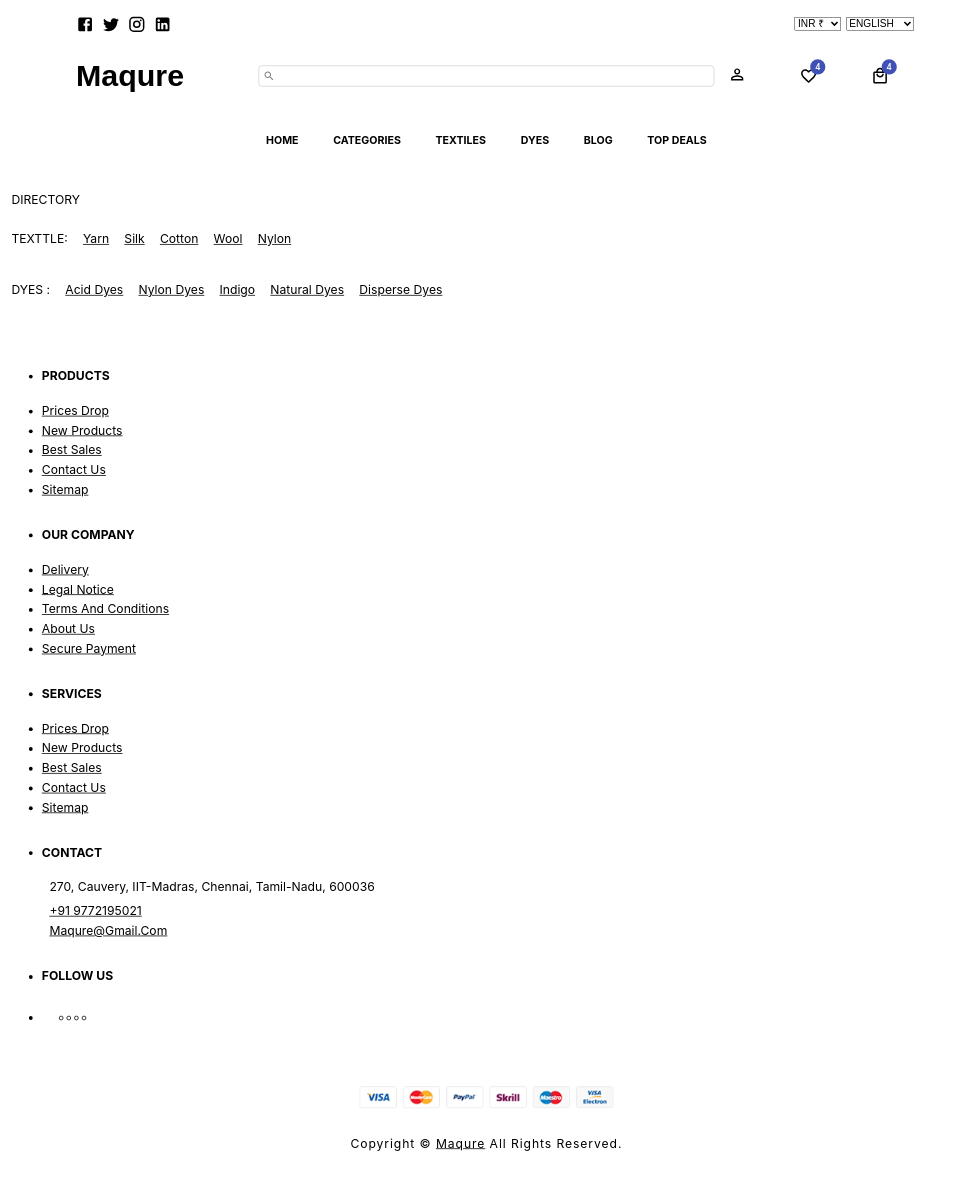
Repository: harshitsingh85420/Maqure
Page: /
These files come from the project's save history. The page is drawn as it stood at one moment and after the next save; the edit follows.
The browser window is 1280 px wide. The pictures show the whole page, at 76% of full size.
The project was rebuilt for these pictures with package versions that can differ from the ones it lists, and the page was loaded fresh each time.

Above is the page before, as saved 2022-05-26 02:38:23.

### src/pages/Home.jsx
import React from 'react'
import Footer from '../components/Footer'
import Header from '../components/Header'
import Header2 from '../components/Header2'
import Navbar from '../components/Navbar'

const Home = () => {
  return (
    <div>
        <Header/>
        <Header2/>
        <Navbar />
        <Footer/>
    </div>
    )
}

export default Home

### src/components/Footer.jsx
import React from 'react'
import './CSS/Footer.css';

function Footer() {
  return (
    <>
<div className="footer">
<div className="footer-category">

<div className="container">

  <h2 className="footer-category-title">Directory</h2>

  <div className="footer-category-box">

    <h3 className="category-box-title">Texttle:</h3>

    <a href="#" className="footer-category-link">Yarn</a>
    <a href="#" className="footer-category-link">Silk</a>
    <a href="#" className="footer-category-link">Cotton</a>
    <a href="#" className="footer-category-link">Wool</a>
    <a href="#" className="footer-category-link">Nylon</a>
  </div>

  <div className="footer-category-box">
    <h3 className="category-box-title">Dyes :</h3>

    <a href="#" className="footer-category-link">Acid Dyes</a>
    <a href="#" className="footer-category-link">Nylon Dyes</a>
    <a href="#" className="footer-category-link">Indigo</a>
    <a href="#" className="footer-category-link">Natural Dyes</a>
    <a href="#" className="footer-category-link">Disperse Dyes</a>
    <a href="#" className="footer-category-link"></a>
  </div>


</div>

</div>

<div className="footer-nav">

<div className="container">


  <ul className="footer-nav-list">

    <li className="footer-nav-item">
      <h2 className="nav-title">Products</h2>
    </li>

    <li className="footer-nav-item">
      <a href="#" className="footer-nav-link">Prices drop</a>
    </li>

    <li className="footer-nav-item">
      <a href="#" className="footer-nav-link">New products</a>
    </li>

    <li className="footer-nav-item">
      <a href="#" className="footer-nav-link">Best sales</a>
    </li>

    <li className="footer-nav-item">
      <a href="#" className="footer-nav-link">Contact us</a>
    </li>

    <li className="footer-nav-item">
      <a href="#" className="footer-nav-link">Sitemap</a>
    </li>

  </ul>

  <ul className="footer-nav-list">

    <li className="footer-nav-item">
      <h2 className="nav-title">Our Company</h2>
    </li>

    <li className="footer-nav-item">
      <a href="#" className="footer-nav-link">Delivery</a>
    </li>

    <li className="footer-nav-item">
      <a href="#" className="footer-nav-link">Legal Notice</a>
    </li>

    <li className="footer-nav-item">
      <a href="#" className="footer-nav-link">Terms and conditions</a>
    </li>

    <li className="footer-nav-item">
      <a href="#" className="footer-nav-link">About us</a>
    </li>

    <li className="footer-nav-item">
      <a href="#" className="footer-nav-link">Secure payment</a>
    </li>

  </ul>

  <ul className="footer-nav-list">

    <li className="footer-nav-item">
      <h2 className="nav-title">Services</h2>
    </li>

    <li className="footer-nav-item">
      <a href="#" className="footer-nav-link">Prices drop</a>
    </li>

    <li className="footer-nav-item">
      <a href="#" className="footer-nav-link">New products</a>
    </li>

    <li className="footer-nav-item">
      <a href="#" className="footer-nav-link">Best sales</a>
    </li>

    <li className="footer-nav-item">
      <a href="#" className="footer-nav-link">Contact us</a>
    </li>

    <li className="footer-nav-item">
      <a href="#" className="footer-nav-link">Sitemap</a>
    </li>

  </ul>

  <ul className="footer-nav-list">

    <li className="footer-nav-item">
      <h2 className="nav-title">Contact</h2>
    </li>

    <li className="footer-nav-item flex">
      <div className="icon-box">
        <ion-icon name="location-outline"></ion-icon>
      </div>

      <address className="content">
        270, Cauvery, IIT-Madras,
        Chennai, Tamil-Nadu,
        600036

      </address>
    </li>

    <li className="footer-nav-item flex">
      <div className="icon-box">
        <ion-icon name="call-outline"></ion-icon>
      </div>

      <a href="tel:+607936-8058" className="footer-nav-link">+91 9772195021</a>
    </li>

    <li className="footer-nav-item flex">
      <div className="icon-box">
        <ion-icon name="mail-outline"></ion-icon>
      </div>

      <a href="mailto:example@gmail.com" className="footer-nav-link">maqure@gmail.com</a>
    </li>

  </ul>

  <ul className="footer-nav-list">

    <li className="footer-nav-item">
      <h2 className="nav-title">Follow Us</h2>
    </li>

    <li>
      <ul className="social-link">

        <li className="footer-nav-item">
          <a href="#" className="footer-nav-link">
            <ion-icon name="logo-facebook"></ion-icon>
          </a>
        </li>

        <li className="footer-nav-item">
          <a href="#" className="footer-nav-link">
            <ion-icon name="logo-twitter"></ion-icon>
          </a>
        </li>

        <li className="footer-nav-item">
          <a href="#" className="footer-nav-link">
            <ion-icon name="logo-linkedin"></ion-icon>
          </a>
        </li>

        <li className="footer-nav-item">
          <a href="#" className="footer-nav-link">
            <ion-icon name="logo-instagram"></ion-icon>
          </a>
        </li>

      </ul>
    </li>

  </ul>

</div>

</div>

<div className="footer-bottom">

<div className="container">

  <img src="./assets/images/payment.png" alt="payment method" className="payment-img"/>

  <p className="copyright">
    Copyright &copy; <a href="#">Maqure</a> all rights reserved.
  </p>

</div>

</div>
</div>
    </>
  )
}

export default Footer

### src/components/Header.jsx
import React from 'react'
import styled from 'styled-components'
import { Twitter, Instagram, LinkedIn, Facebook } from '@material-ui/icons';

const Container = styled.div`

`;
const Wrapper = styled.div`
    padding: 20px 100px;
    display: flex;
    justify-content: space-between;
`;
const Left = styled.div`
    flex: 1;
    display: flex;
    align-items: center;
`;
const MenuItem = styled.div`
font-size: 14px;
cursor: pointer;
margin-right: 10px;
`;

const Center = styled.div`
    flex: 2;
`;
const Right = styled.div`
    flex: 1;
    display: flex;
  align-items: center;
  justify-content: flex-end;
`;
const Money = styled.div`
    width: 25%;
    height: 100%;
    align-items: center;
`;
const Language = styled.div`
   width: 25%;
   height: 100%;
   align-items: center;
`;

const Header = () => {

  return (
    <Container>
    <Wrapper>
        <Left>
        <MenuItem>
          <Facebook/>
        </MenuItem>
        <MenuItem>
          <Twitter />
        </MenuItem>
        <MenuItem>
          <Instagram />
        </MenuItem>
        <MenuItem>
          <LinkedIn />
        </MenuItem>
        </Left>
        <Center>
        </Center>
        <Right>
        <Money>
          <select>
          <option>INR ₹</option>
          <option>USD $</option>
          </select>
          </Money>
          <Language>
          <select><option>ENGLISH</option>
          <option>ESPAÑOL</option>
          <option>FRANÇAIS</option>
          </select>
          </Language>
        </Right>
    </Wrapper>
    </Container>
  )
}

export default Header

### src/components/Header2.jsx
import { Search, FavoriteBorderOutlined, PersonOutlineOutlined, LocalMallOutlined  } from '@material-ui/icons';
import { Badge } from "@material-ui/core";
import React from 'react';
import styled from 'styled-components';


const Container = styled.div`
height: 60px;
`;
const Wrapper = styled.div`
  padding: 10px 40px;
  display: flex;
  align-items: center;
  justify-content: space-between;
`;
const Left = styled.div`
  flex: 1;
  display: flex;
  align-items: center;
`;
const Logo = styled.div`
font-weight: bold;
font-size: 40px;
font-family: "Poppins", sans-serif;
display: flex;
cursor: pointer;
margin-left: 60px;
`;
const Center = styled.div`
  flex: 2;
  display: flex;
`;
const SearchContainer = styled.div`
  border: 0.5px solid lightgray;
  display: flex;
  align-items: center;
  padding: 5px;
  width: 100%;
  border-radius: 5px;
  &:hover{
    border-color: black;
  }
`;
const Input = styled.div`
  border: none;
`;
const Right = styled.div`
  flex: 1;
  display: flex;
  align-items: center;
  justify-content: flex-end;
`;
const MenuItem = styled.div`
font-size: 14px;
cursor: pointer;
margin-right: 70px;
height: 100%;
`;

const Header2 = () => {
  return (
    <Container>
    <Wrapper>
        <Left><Logo>Maqure</Logo></Left>
        <Center>
          <SearchContainer>
          <Input placeholder="Search..." />
          <Search style={{ color: "gray", fontSize: 16 }}/>
          </SearchContainer>
        </Center>
        <Right>
          <MenuItem>
            <PersonOutlineOutlined />
          </MenuItem>
          <MenuItem>
            <Badge badgeContent={4} color="primary">
            <FavoriteBorderOutlined />
            </Badge>
          </MenuItem>
          <MenuItem>
            <Badge badgeContent={4} color="primary">
            <LocalMallOutlined/>
            </Badge>
          </MenuItem>
        </Right>
    </Wrapper>
    </Container>
  )
}

export default Header2

### src/components/Navbar.jsx
import React from 'react'
import styled from 'styled-components'

const Container = styled.div`
`;
const Wrapper = styled.div`
  padding: 30px 40px;
  display: flex;
  align-items: center;
  justify-content: space-between;
  margin-left: 300px;
  margin-right: 300px;
  list-style: none;
display: flex;
a {
  padding: 18px 10px;
  color: black;
  &:hover {
      color: red;
  }
  font-size: 14px;
  font-weight: bold;
  text-decoration: none;
}
`;

const Navbar = () => {
  return (
    <Container>
        <Wrapper>
      <a href="google.com">HOME</a>
      <a href="google.com">CATEGORIES</a>
      <a href="google.com">TEXTILES</a>
      <a href="google.com">DYES</a>
      <a href="google.com">BLOG</a>
      <a href="google.com">TOP DEALS</a>
        </Wrapper>
    </Container>
  )
}

export default Navbar

### src/components/CSS/Footer.css

.container { padding: 0 15px; }

/*-----------------------------------*\
  #FOOTER
\*-----------------------------------*/

footer {
    background: var(--eerie-black);
    padding: 30px 0;
  }

  .footer-category {
    margin-bottom: 30px;
    padding-bottom: 15px;
    border-bottom: 1px solid var(--onyx);
  }

  .footer-category-title {
    color: var(--salmon-pink);
    font-size: var(--fs-6);
    font-weight: var(--weight-600);
    text-transform: uppercase;
    margin-bottom: 15px;
  }

  .footer-category-box {
    display: -webkit-box;
  display: -webkit-flex;
  display: -ms-flexbox;
  display: flex;
  -webkit-flex-wrap: wrap;
      -ms-flex-wrap: wrap;
          flex-wrap: wrap;
  -webkit-box-pack: start;
  -webkit-justify-content: flex-start;
      -ms-flex-pack: start;
          justify-content: flex-start;
  -webkit-box-align: center;
  -webkit-align-items: center;
      -ms-flex-align: center;
          align-items: center;
  -webkit-column-gap: 20px;
     -moz-column-gap: 20px;
          column-gap: 20px;
  row-gap: 3px;
  margin-bottom: 15px;
  }

  .category-box-title {
    color: var(--spanish-gray);
    font-size: var(--fs-8);
    font-weight: var(--weight-600);
    text-transform: uppercase;
  }

  .footer-category-link {
    position: relative;
    color: var(--sonic-silver);
    font-size: var(--fs-7);
    text-transform: capitalize;
    transition: var(--transition-timing);
  }

  .footer-category-link:hover { color: var(--spanish-gray); }

  .footer-category-link:not(:last-child)::after {
    position: absolute;
    content: '';
    top: 3px;
    right: -10px;
    background: var(--sonic-silver);
    width: 1px;
    height: 15px;
  }


  /**
   * footer nav
   */


.footer-nav {
    border-bottom: 1px solid var(--onyx);
    padding-bottom: 30px;
    margin-bottom: 30px;
  }

  .footer-nav-list:not(:last-child) { margin-bottom: 20px; }

  .footer-nav .nav-title {
    position: relative;
    color: var(--white);
    font-size: var(--fs-7);
    text-transform: uppercase;
    margin-bottom: 15px;
    padding-bottom: 5px;
  }

  .footer-nav .nav-title::before {
    content: '';
    position: absolute;
    bottom: 0;
    left: 0;
    background: var(--salmon-pink);
    width: 60px;
    height: 1px;
  }

  .footer-nav-item { padding: 3px 0; }

  .footer-nav-link,
  .footer-nav-item .content {
    width: -webkit-max-content;
    width: -moz-max-content;
    width: max-content;
    color: var(--sonic-silver);
    font-size: var(--fs-7);
    text-transform: capitalize;
    -webkit-transition: var(--transition-timing);
    -o-transition: var(--transition-timing);
    transition: var(--transition-timing);
  }

  .footer-nav-link:hover { color: var(--salmon-pink); }

  .footer-nav-item.flex {
    display: -webkit-box;
    display: -webkit-flex;
    display: -ms-flexbox;
    display: flex;
    -webkit-box-align: start;
    -webkit-align-items: flex-start;
        -ms-flex-align: start;
            align-items: flex-start;
    gap: 10px;
  }

  .footer-nav-item .content {
    font-style: normal;
    margin-bottom: 5px;
  }

  .footer-nav-item .icon-box {
    color: var(--sonic-silver);
    font-size: 25px;
  }

  .footer-nav-item .icon-box ion-icon { --ionicon-stroke-width: 30px; }

  .footer-nav .social-link {
    display: -webkit-box;
    display: -webkit-flex;
    display: -ms-flexbox;
    display: flex;
    -webkit-box-pack: start;
    -webkit-justify-content: flex-start;
        -ms-flex-pack: start;
            justify-content: flex-start;
    -webkit-box-align: center;
    -webkit-align-items: center;
        -ms-flex-align: center;
            align-items: center;
    gap: 10px;
  }

  .social-link .footer-nav-link { font-size: 25px; }

  .footer-bottom {
    margin-bottom: 50px;
    text-align: center;
  }

  .payment-img {
    max-width: 335px;
    width: 100%;
    margin: auto;
    margin-bottom: 15px;
  }

  .copyright {
    color: var(--sonic-silver);
    font-size: var(--fs-8);
    font-weight: var(--weight-500);
    text-transform: capitalize;
    letter-spacing: 1.2px;
  }

  .copyright a {
    display: inline;
    color: inherit;
  }

Loaded but not shown: public/index.html (common file); src/index.js (common file); src/index.css (common file); src/App.js (common file); src/reportWebVitals.js (common file)

After the next save:
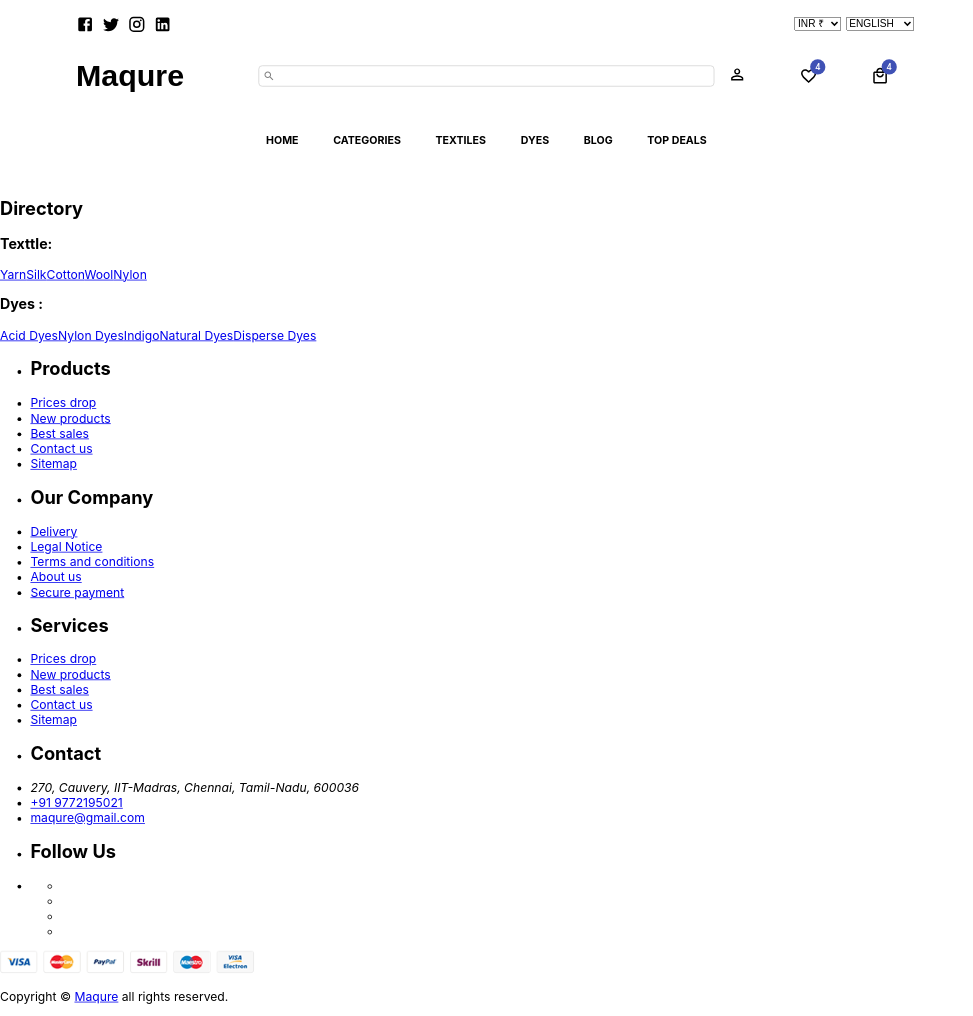
Saved 8 min 9 s later.
--- a/src/components/Footer.jsx
+++ b/src/components/Footer.jsx
@@ -1,5 +1,5 @@
 import React from 'react'
-import './CSS/Footer.css';
+
 
 function Footer() {
   return (

After the 2 saves that followed:
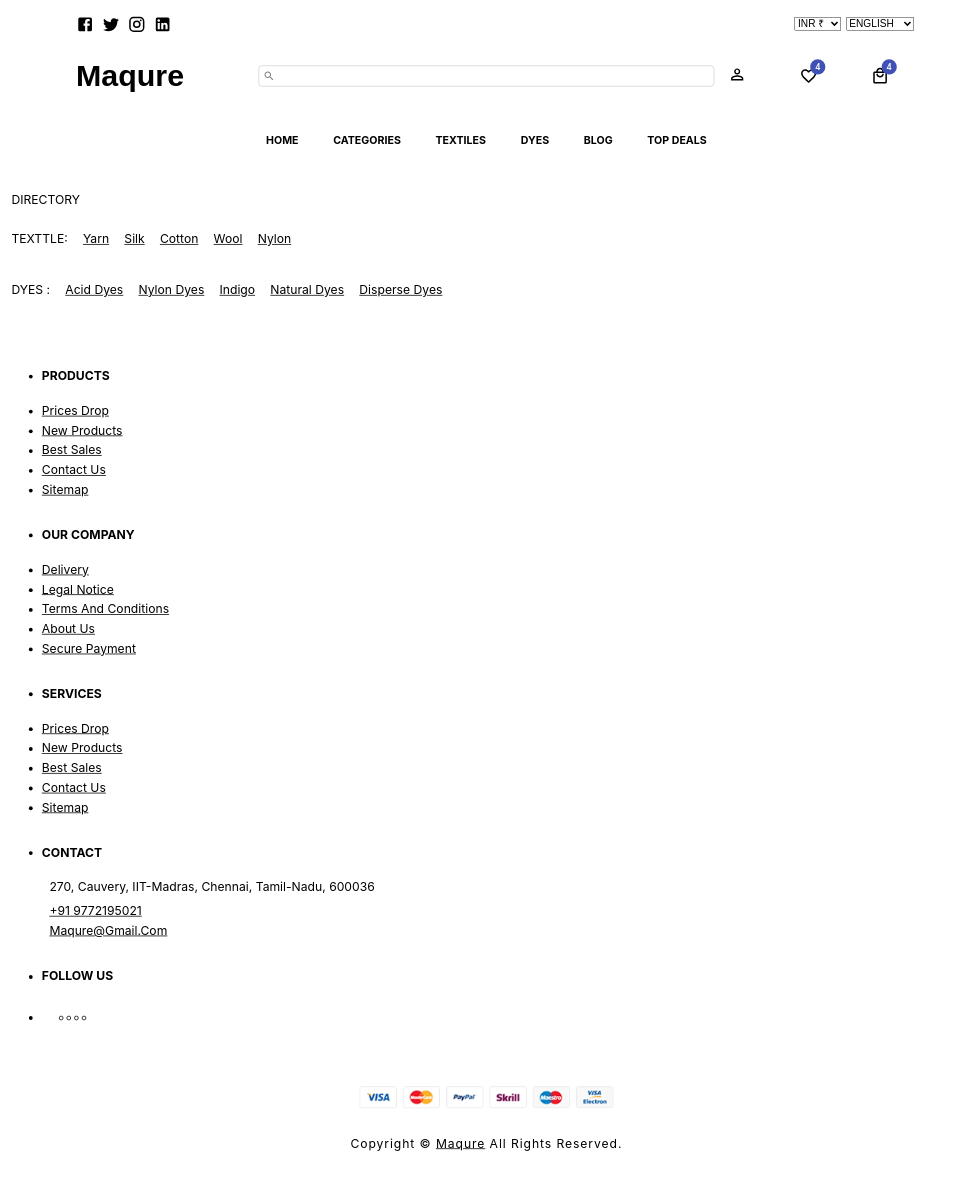
The 2 saves are shown as one change because they came seconds apart.
The last was saved 11 s later.
--- a/src/components/Footer.jsx
+++ b/src/components/Footer.jsx
@@ -1,5 +1,5 @@
 import React from 'react'
-
+import './CSS/Footer.css';
 
 function Footer() {
   return (
